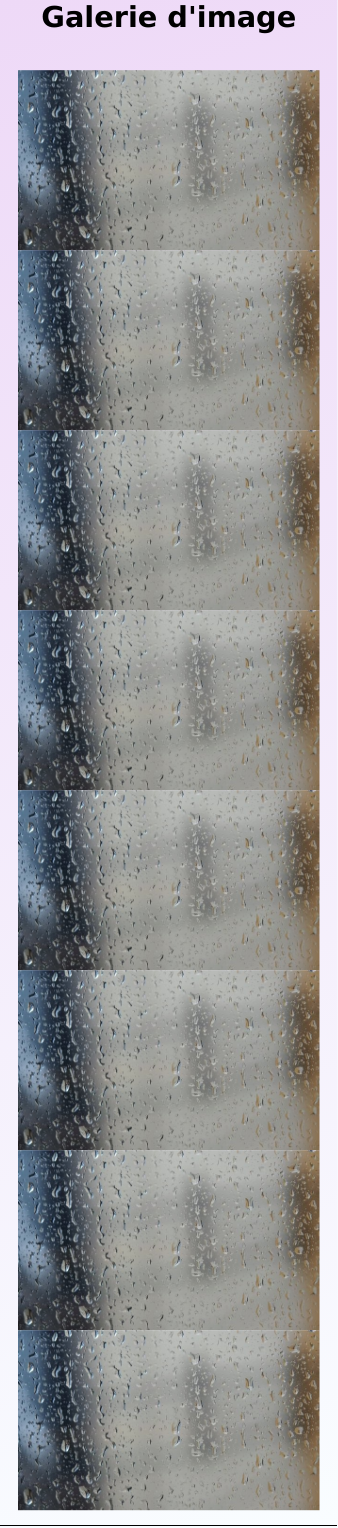
Repository: Chaimaa482/web2-tp3
Page: exo1_responsive.html
The author's editor kept a copy of each file at every save. The page is drawn from the files as they stood at one save, then again after the next save.
The browser window is 375 px wide. The pictures show the whole page, at 90% of full size.

Above is the page before, as saved 2024-02-20 20:50:37.

After the next save:
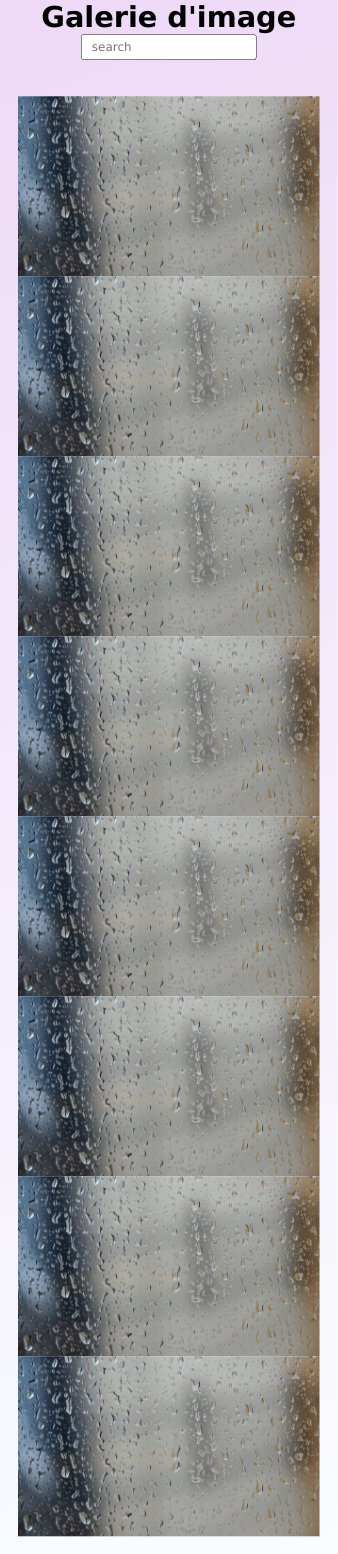
Saved 2 min 42 s later.
--- a/exo1_responsive.html
+++ b/exo1_responsive.html
@@ -46,12 +46,9 @@
     }
 
     @media (max-width: 400px) {
-      input {
-        display: none;
-      }
-      .images img {
-        width: 100%; /* Change width to 100% for small screens */
-      }
+      img {
+        width: 100%; /* Change width to 100% for small screens */}
+
     }
 
     @media print {
